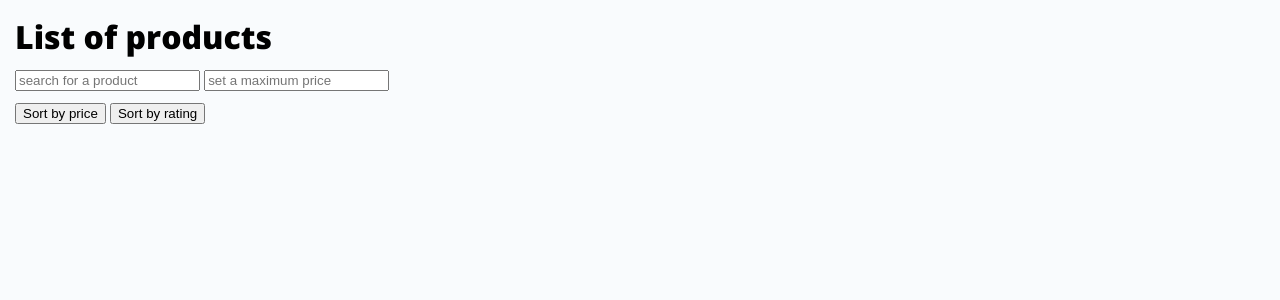
Repository: andrii1/hyf-homework
Page: javascript/javascript2/week2/hyf-bay/index.html
An editor plug-in stored every save of this project. The page is shown before and after the next save, followed by the edit.
The browser window is 1280 px wide. The pictures show the whole page.

Above is the page before, as saved 2022-07-06 12:06:51.

After the next save:
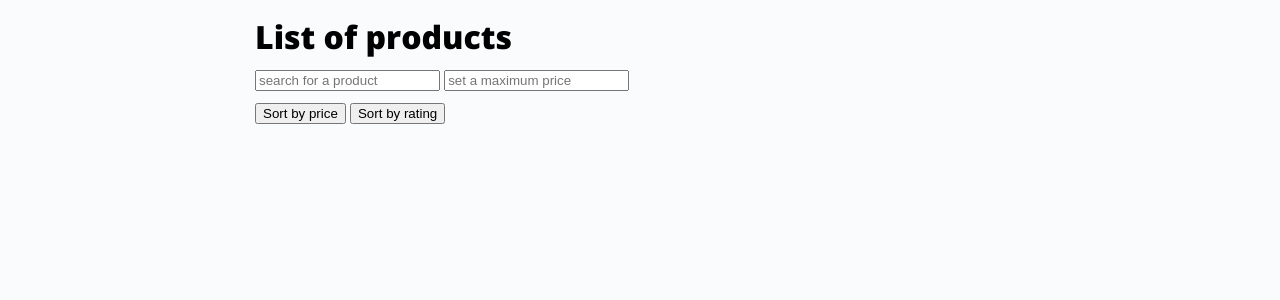
Saved 4 min 9 s later.
--- a/javascript/javascript2/week2/hyf-bay/main.css
+++ b/javascript/javascript2/week2/hyf-bay/main.css
@@ -17,7 +17,11 @@ ul {
     padding: 10;
 }
 
-main {padding:15}
+main {
+  width: 800px;
+  margin:0 auto;
+  padding:15;
+}
 
 form {
   margin: 10 0;
